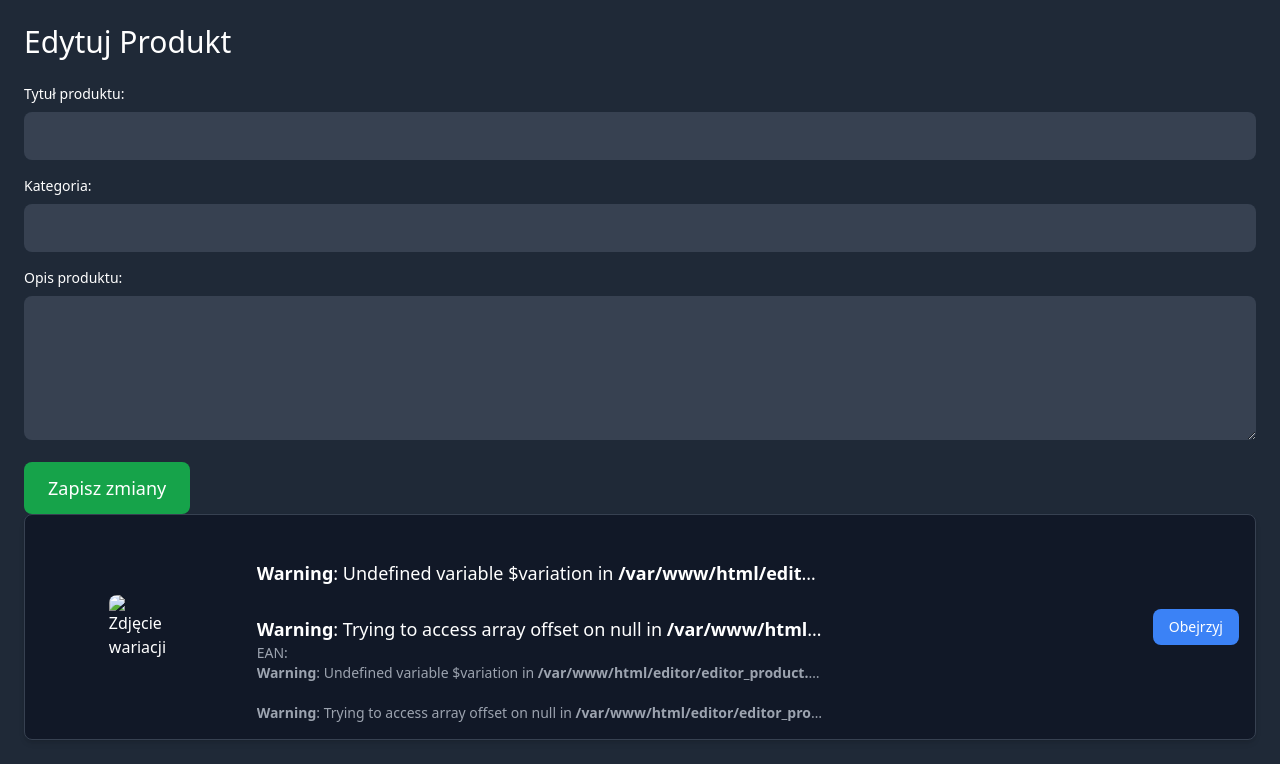
Repository: DaveCala/AplikacjaMeble
Page: http://localhost/editor/editor_product.php
The author's editor kept a copy of each file at every save. The page is drawn from the files as they stood at one save, then again after the next save.
The browser window is 1280 px wide. The pictures show the whole page.
Some web libraries are served in a nearby version. The page is run by PHP 8.4 with error messages shown; the project is at /var/www/html/.

Above is the page before, as saved 2024-12-03 14:26:19.

After the next save:
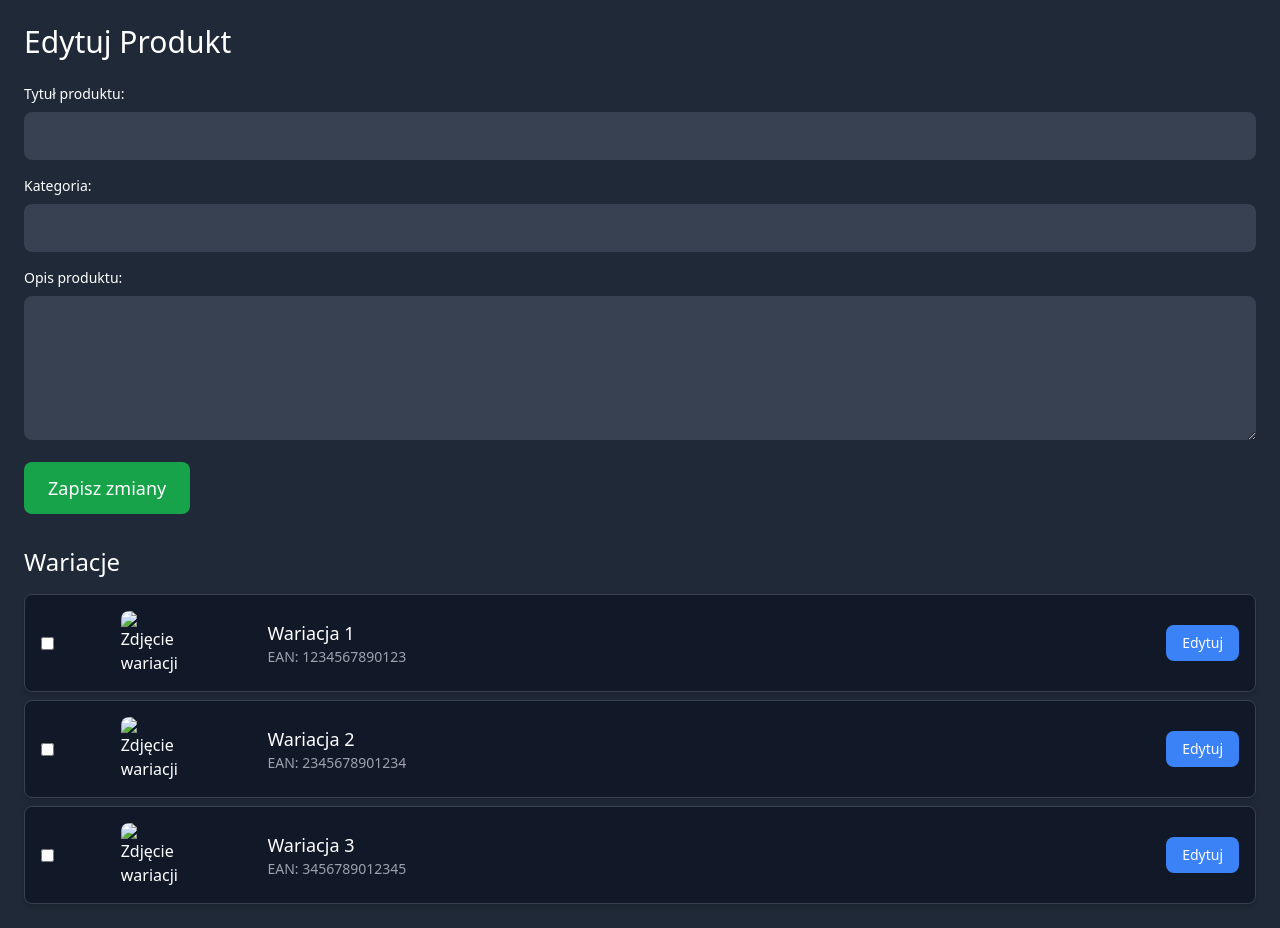
Not found: img/variation1.jpg
Not found: img/variation2.jpg
Not found: img/variation3.jpg
Saved 9 s later.
--- a/editor/editor_product.php
+++ b/editor/editor_product.php
@@ -35,31 +35,53 @@
       </button>
     </form>
 
-    <div class="bg-gray-900 p-4 border border-gray-700 rounded-lg shadow-md flex items-center">
-  <div class="w-1/6 flex justify-center">
-    <img src="../img/<?php echo htmlspecialchars($variation['image']); ?>"
-         alt="Zdjęcie wariacji"
-         class="h-16 w-16 object-contain rounded-lg">
-  </div>
-  <div class="w-3/6 px-4">
-    <h3 class="text-white text-lg truncate"><?php echo htmlspecialchars($variation['title']); ?></h3>
-    <p class="text-gray-400 text-sm truncate">EAN: <?php echo htmlspecialchars($variation['ean']); ?></p>
-  </div>
-  <div class="w-2/6 flex justify-end">
-    <button class="bg-blue-500 text-white py-2 px-4 rounded-lg hover:bg-blue-600 text-sm toggle-details"
-            data-variation-id="<?php echo $variation['id']; ?>">
-      Obejrzyj
-    </button>
+   <!-- Lista wariacji -->
+<div class="mt-8">
+  <h2 class="text-2xl text-white mb-4">Wariacje</h2>
+  <!-- Grid z kafelkami -->
+  <div class="grid grid-cols-1 gap-2 w-full">
+    <?php
+    // Przykładowe dane wariacji (na sztywno)
+    $variations = [
+        ['id' => 1, 'title' => 'Wariacja 1', 'ean' => '1234567890123', 'image' => 'variation1.jpg'],
+        ['id' => 2, 'title' => 'Wariacja 2', 'ean' => '2345678901234', 'image' => 'variation2.jpg'],
+        ['id' => 3, 'title' => 'Wariacja 3', 'ean' => '3456789012345', 'image' => 'variation3.jpg'],
+    ];
+    ?>
+
+    <?php foreach ($variations as $variation) : ?>
+      <div class="bg-gray-900 p-4 border border-gray-700 rounded-lg shadow-md flex items-center">
+
+        <!-- Checkbox do zaznaczenia wariacji -->
+        <div class="flex items-center">
+          <input type="checkbox" class="variation-checkbox" data-variation-id="<?php echo $variation['id']; ?>">
+        </div>
+
+        <!-- Zdjęcie wariacji - 1/6 szerokości -->
+        <div class="w-1/6 flex justify-center">
+          <img src="../img/<?php echo htmlspecialchars($variation['image']); ?>"
+               alt="Zdjęcie wariacji"
+               class="h-16 w-16 object-contain rounded-lg">
+        </div>
+
+        <!-- Tytuł wariacji - 3/6 szerokości -->
+        <div class="w-3/6 px-4">
+          <h3 class="text-white text-lg truncate"><?php echo htmlspecialchars($variation['title']); ?></h3>
+          <p class="text-gray-400 text-sm truncate">EAN: <?php echo htmlspecialchars($variation['ean']); ?></p>
+        </div>
+
+        <!-- Przycisk - 2/6 szerokości -->
+        <div class="w-2/6 flex justify-end">
+          <a href="editor_variation.php?id=<?php echo $variation['id']; ?>"
+             class="bg-blue-500 text-white py-2 px-4 rounded-lg hover:bg-blue-600 text-sm">
+            Edytuj
+          </a>
+        </div>
+
+      </div>
+    <?php endforeach; ?>
   </div>
 </div>
-
-<!-- Miejsce na rozwinięte szczegóły wariacji -->
-<div id="details-<?php echo $variation['id']; ?>" class="hidden mt-4 p-4 bg-gray-800 rounded-lg">
-  <p class="text-white"><?php echo htmlspecialchars($variationDetails[$variation['id']]['description']); ?></p>
-  <p class="text-gray-400">Cena: <?php echo htmlspecialchars($variationDetails[$variation['id']]['price']); ?></p>
-  <p class="text-gray-400"><?php echo htmlspecialchars($variationDetails[$variation['id']]['stock']); ?></p>
-</div>
-
 
 
   <script>
